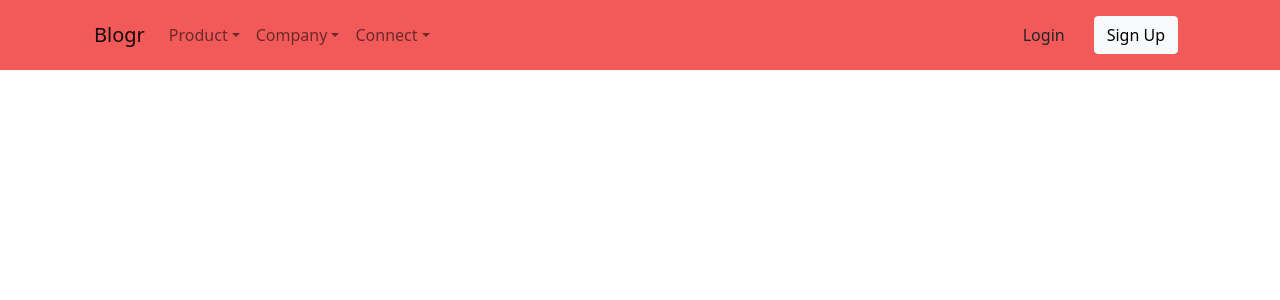
Repository: badhon252/blogr-landing-page
Page: /
These files come from the project's save history. The page is drawn as it stood at one moment and after the next save; the edit follows.
The browser window is 1280 px wide. The pictures show the whole page.
The project was rebuilt for these pictures with package versions that can differ from the ones it lists, and the page was loaded fresh each time.

Above is the page before, as saved 2022-01-17 22:02:19.

### public/index.html
<!DOCTYPE html>
<html lang="en">

<head>
  <meta charset="utf-8" />
  <link rel="icon" href="%PUBLIC_URL%/favicon.ico" />
  <meta name="viewport" content="width=device-width, initial-scale=1" />
  <meta name="theme-color" content="#000000" />
  <meta name="description" content="Web site created using create-react-app" />
  <link rel="apple-touch-icon" href="%PUBLIC_URL%/logo192.png" />

  <link rel="manifest" href="%PUBLIC_URL%/manifest.json" />
  <!-- Bootstrap css  -->
  <link href="https://cdn.jsdelivr.net/npm/bootstrap@5.1.3/dist/css/bootstrap.min.css" rel="stylesheet"
    integrity="sha384-1BmE4kWBq78iYhFldvKuhfTAU6auU8tT94WrHftjDbrCEXSU1oBoqyl2QvZ6jIW3" crossorigin="anonymous">


  <title>Blogr</title>
</head>

<body>
  <noscript>You need to enable JavaScript to run this app.</noscript>
  <div id="root"></div>

  <!-- Bootstrap js  -->
  <script src="https://cdn.jsdelivr.net/npm/bootstrap@5.1.3/dist/js/bootstrap.bundle.min.js"
    integrity="sha384-ka7Sk0Gln4gmtz2MlQnikT1wXgYsOg+OMhuP+IlRH9sENBO0LRn5q+8nbTov4+1p"
    crossorigin="anonymous"></script>

</body>

</html>

### src/App.js
import Maincomp from "./components/MainComp";

function App() {
  return (
    <div className="App">
      <Maincomp />
    </div>
  );
}

export default App;

### src/components/MainComp.js
import React from "react";
import Header from "./Header/Header";

const Maincomp = () => {
  return (
    <div>
      <Header />
    </div>
  );
};

export default Maincomp;

### src/components/Header/Header.js
import React from "react";
import Nav from "./Nav";
import "../styles/index.css";

export default function Header() {
  return (
    <div className="header">
      <div className="container">
        <Nav />
      </div>
    </div>
  );
}

### src/components/Header/Nav.js
import React from "react";

const Nav = () => {
  return (
    <div>
      <nav className="navbar navbar-expand-lg navbar-light">
        <div className="container-fluid">
          <a className="navbar-brand" href="/">
            Blogr
          </a>
          <button
            className="navbar-toggler"
            type="button"
            data-bs-toggle="collapse"
            data-bs-target="#navbarSupportedContent"
            aria-controls="navbarSupportedContent"
            aria-expanded="false"
            aria-label="Toggle navigation"
          >
            <span className="navbar-toggler-icon"></span>
          </button>
          <div className="collapse navbar-collapse" id="navbarSupportedContent">
            <ul className="navbar-nav mb-2 mb-lg-0">
              <li className="nav-item dropdown">
                <a
                  className="nav-link dropdown-toggle"
                  href="/"
                  id="navbarDropdown"
                  role="button"
                  data-bs-toggle="dropdown"
                  aria-expanded="false"
                >
                  Product
                </a>
                <ul className="dropdown-menu" aria-labelledby="navbarDropdown">
                  <li>
                    <a className="dropdown-item" href="/">
                      Action
                    </a>
                  </li>
                  <li>
                    <a className="dropdown-item" href="/">
                      Another action
                    </a>
                  </li>
                  <li>
                    <hr className="dropdown-divider" />
                  </li>
                  <li>
                    <a className="dropdown-item" href="/">
                      Something else here
                    </a>
                  </li>
                </ul>
              </li>{" "}
              <li className="nav-item dropdown">
                <a
                  className="nav-link dropdown-toggle"
                  href="/"
                  id="navbarDropdown"
                  role="button"
                  data-bs-toggle="dropdown"
                  aria-expanded="false"
                >
                  Company
                </a>
                <ul className="dropdown-menu" aria-labelledby="navbarDropdown">
                  <li>
                    <a className="dropdown-item" href="/">
                      Action
                    </a>
                  </li>
                  <li>
                    <a className="dropdown-item" href="/">
                      Another action
                    </a>
                  </li>
                  <li>
                    <hr className="dropdown-divider" />
                  </li>
                  <li>
                    <a className="dropdown-item" href="/">
                      Something else here
                    </a>
                  </li>
                </ul>
              </li>{" "}
              <li className="nav-item dropdown">
                <a
                  className="nav-link dropdown-toggle"
                  href="/"
                  id="navbarDropdown"
                  role="button"
                  data-bs-toggle="dropdown"
                  aria-expanded="false"
                >
                  Connect
                </a>
                <ul className="dropdown-menu" aria-labelledby="navbarDropdown">
                  <li>
                    <a className="dropdown-item" href="/">
                      Action
                    </a>
                  </li>
                  <li>
                    <a className="dropdown-item" href="/">
                      Another action
                    </a>
                  </li>
                  <li>
                    <hr className="dropdown-divider" />
                  </li>
                  <li>
                    <a className="dropdown-item" href="/">
                      Something else here
                    </a>
                  </li>
                </ul>
              </li>
            </ul>
            {/* login & sign-up */}
            <ul className="navbar-nav ms-auto">
              <li className="nav-item">
                <a className="nav-link" href="/">
                  <button type="button" class="btn">
                    Login
                  </button>
                </a>
              </li>{" "}
              <li className="nav-item">
                <a className="nav-link" href="/">
                  <button type="button" class="btn btn-light">
                    Sign Up
                  </button>
                </a>
              </li>
            </ul>
          </div>
        </div>
      </nav>
    </div>
  );
};

export default Nav;

### src/components/styles/index.css
.header {
  background-color: rgb(242, 90, 90);
  color: rgb(255, 255, 255);
  /* clip-path: circle(73.8% at 63% 38%); */
}

Loaded but not shown: src/index.js (common file); src/reportWebVitals.js (common file)

After the next save:
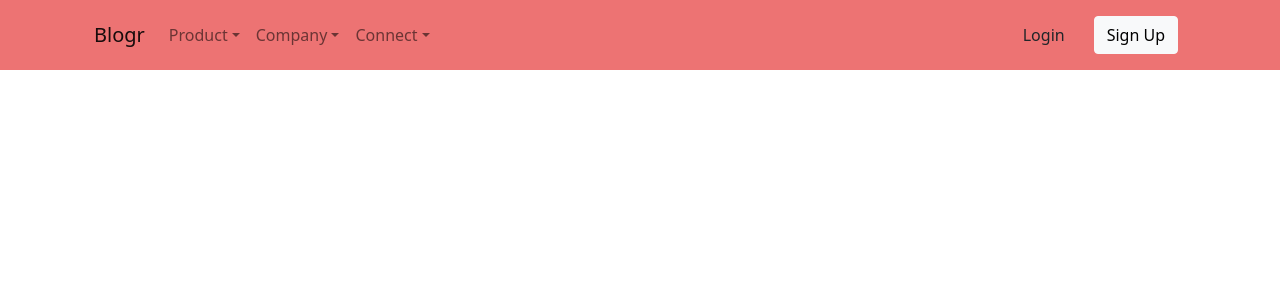
Saved 2 min 46 s later.
--- a/src/components/styles/index.css
+++ b/src/components/styles/index.css
@@ -1,5 +1,5 @@
 .header {
-  background-color: rgb(242, 90, 90);
+  background-color: rgb(237, 115, 115);
   color: rgb(255, 255, 255);
   /* clip-path: circle(73.8% at 63% 38%); */
 }
